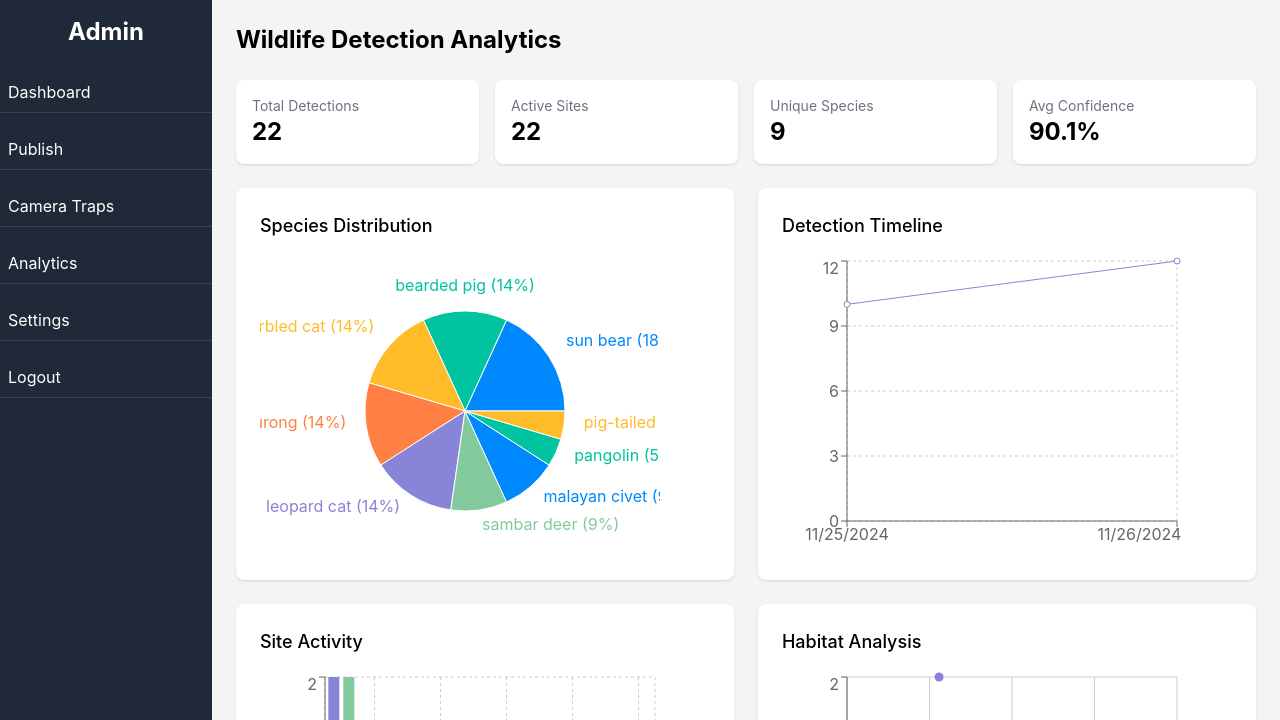
Repository: DominicMathew240/wildlife
Page: /pages/admin/dashboard/analytics
The author's editor kept a copy of each file at every save. The page is drawn from the files as they stood at one save, then again after the next save.
The browser window is 1280 px wide. The pictures show the whole page.
An inner scrolling area shows only its first screen. Some web libraries are served in a nearby version. The project was rebuilt for these pictures with package versions that can differ from the ones it lists, and the page was loaded fresh each time. The framework's server and built-in components were replaced by stand-ins that run in the browser. Also part of the build but not shown: next.config.mjs.

Above is the page before, as saved 2024-11-25 23:56:58.

After the next save:
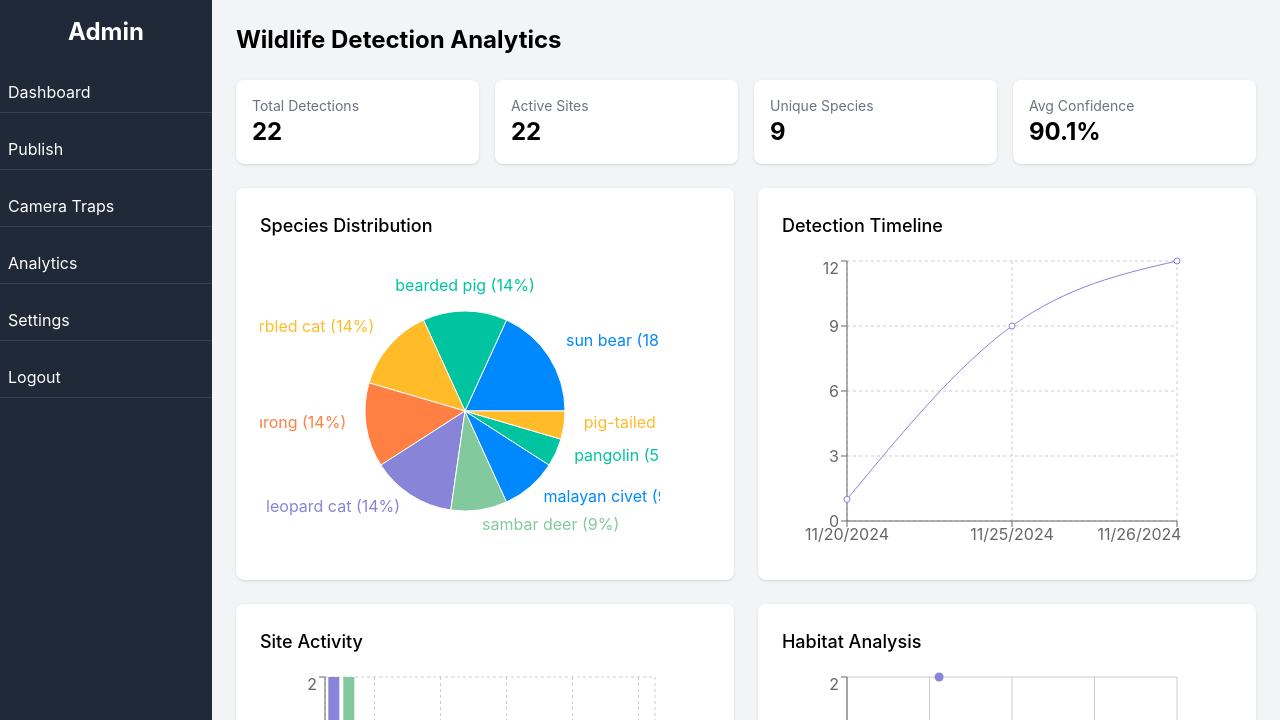
Saved 38 s later.
--- a/src/app/pages/admin/dashboard/analytics/page.js
+++ b/src/app/pages/admin/dashboard/analytics/page.js
@@ -9,7 +9,7 @@ import { createClient } from '@vercel/postgres';
 export default function Analytics() {
   // Mock data matching our database schema
   const detectionData = [
-    { site_id: '0002-A', species: 'sun bear', confidence: 0.89, timestamp: '2024-11-25 14:23:15' },
+    { site_id: '0002-A', species: 'sun bear', confidence: 0.89, timestamp: '2024-11-20 14:23:15' },
     { site_id: '0002-A', species: 'bearded pig', confidence: 0.95, timestamp: '2024-11-25 15:45:32' },
     { site_id: '0002-B', species: 'marbled cat', confidence: 0.88, timestamp: '2024-11-25 16:12:45' },
     { site_id: '0002-C', species: 'sambar deer', confidence: 0.92, timestamp: '2024-11-25 17:30:21' },
